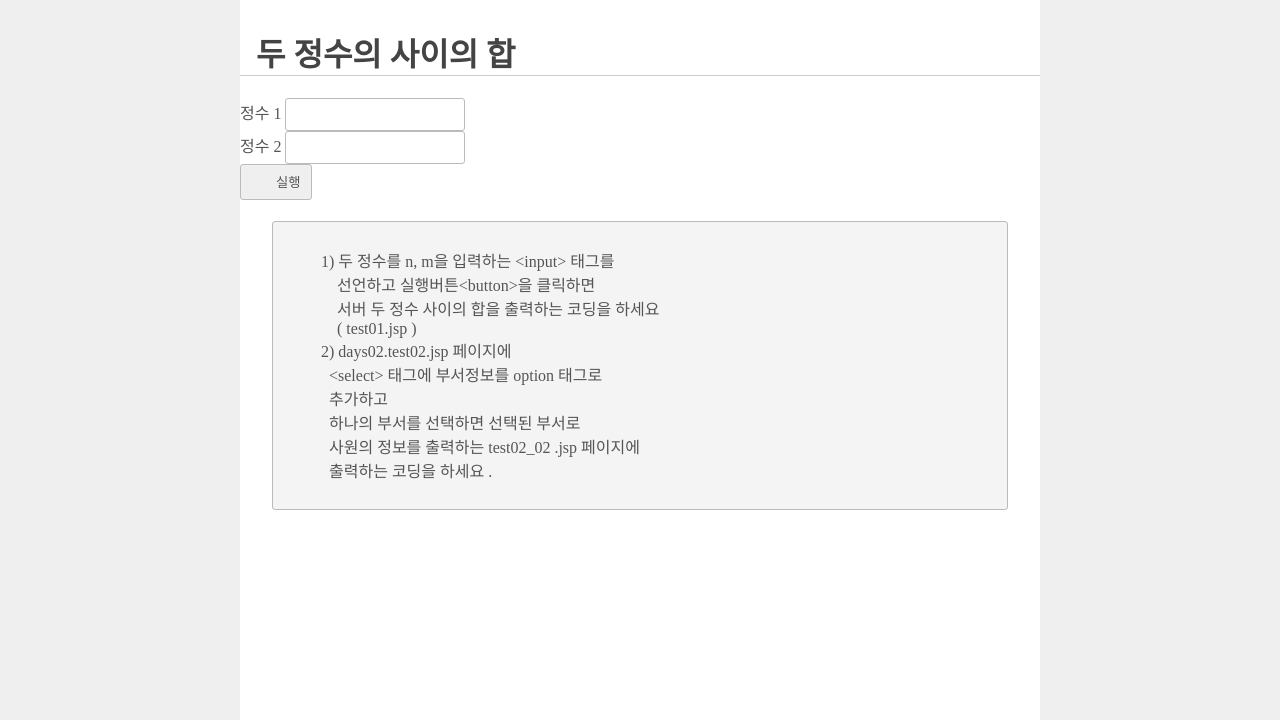
Repository: park-jiwoong/webClass
Page: http://localhost/jspPro/days02/test01.jsp
An editor plug-in stored every save of this project. The page is shown before and after the next save, followed by the edit.
The browser window is 1280 px wide. The pictures show the whole page.
Some web fonts or font styles are not loaded; a fallback is used. The page is served by Tomcat 9. Other server files are loaded and not shown.

Above is the page before, as saved 2025-05-22 00:45:11.

### webPro/src/main/webapp/JSPClass/jspPro/src/main/webapp/days02/test01.jsp
<%@ page contentType="text/html; charset=UTF-8" pageEncoding="UTF-8"%>
<!DOCTYPE html>
<html>
<head>
<meta charset="UTF-8">
<meta name="viewport" content="width=device-width, initial-scale=1.0">
<link rel="shortcut icon" type="image/x-icon" href="http://localhost/jspPro/images/SiSt.ico">
<title>두 정수의 사이의 합</title>
<script src="https://ajax.googleapis.com/ajax/libs/jquery/3.7.1/jquery.min.js"></script>
<link rel="stylesheet" href="http://localhost/jspPro/resources/cdn-main/example.css">
<script src="http://localhost/jspPro/resources/cdn-main/example.js"></script>
	<style>
 	span.material-symbols-outlined{
    vertical-align: text-bottom;
 	}
	</style>
</head>
<body>
	<h1>두 정수의 사이의 합</h1>
	<form action="test01_result.jsp" method="get">
	<label for="num1">정수 1</label>
	<input type="number" id="num1" name="num1" required="required"> <br>
	<label for="num2">정수 2</label>
	<input type="number" id="num2" name="num2" required="required"> <br>
	<button type="submit">실행</button>
	</form>
<div>
    <xmp class="code">
        1) 두 정수를 n, m을 입력하는 <input> 태그를
            선언하고 실행버튼<button>을 클릭하면
            서버 두 정수 사이의 합을 출력하는 코딩을 하세요
            ( test01.jsp )
     	2) days02.test02.jsp 페이지에
          <select> 태그에 부서정보를 option 태그로
          추가하고
          하나의 부서를 선택하면 선택된 부서로
          사원의 정보를 출력하는 test02_02 .jsp 페이지에
          출력하는 코딩을 하세요 .
    </xmp>
</div>
</body>
</html>

### webPro/src/main/webapp/JSPClass/jspPro/src/main/webapp/resources/cdn-main/example.css
@charset "UTF-8";

@import url('https://fonts.googleapis.com/css2?family=Material+Symbols+Outlined:opsz,wght,FILL,GRAD@20..48,100..700,0..1,-50..200');

@font-face {
    font-family: 'GmarketSansMedium';
    src: url('https://cdn.jsdelivr.net/gh/projectnoonnu/noonfonts_2001@1.1/GmarketSansMedium.woff') format('woff');
    font-weight: normal;
    font-style: normal;
}

:root {
	--text-color: #555;
	--sub-text-color: #777;
	--back-color: #EFEFEF;
	--header-color: #444;
	--primary-color: #DEDEDE;
	--secondary-color: #EFEFEF;
	--default-width: 800px;
	--narrow-width: 500px;
	--wide-width: 1200px;
	--text-font: 'GmarketSansMedium';
	--icon-font: 'Material Symbols Outlined';
	--border-color: #CCC;
}

html, body {
	margin: 0;
	padding: 0;
}

html {
	background-color: var(--back-color);
	display: flex;
	justify-content: center;
	min-height: 100vh;
}

body, body.default {
	width: var(--default-width);
	background-color: white;
	padding-bottom: 120px;
}

body.wide {
	width: var(--wide-width);
}

body.narrow {
	width: var(--narrow-width);
}



body, p, div, span, a, input, select, option, textarea, button, table, th, td, label, fieldset, legend {
	font-family: var(--text-font);
	color: var(--text-color);
}

h1, h2, h3 {
	font-family: var(--text-font);
	color: var(--header-color);
	padding: 0 1rem;
	padding-top: .5rem;
}

div > h1, div > h2, div > h3 {
	padding: 0;
}

body > div, body > main > div {
	padding: 0.3rem 1rem;
}


h1 { font-size: 2rem; border-bottom: 1px solid var(--border-color); }
h1 small { font-size: 1.2rem; color: var(--sub-text-color); }
h2 { font-size: 1.5rem; border-bottom: 1px dashed var(--border-color); }
h2 small { font-size: 1.1rem; color: --sub-text-color; }
h3 { font-size: 1.2rem; }
h3 small { font-size: 1rem; color: --sub-text-color; }



h1.main::before {
	font-family: var(--icon-font);
  	content: '\e666';
  	margin-right: 10px;
  	float: left;
	font-size: 2.5rem;
}

h1.sub::before {
	font-family: var(--icon-font);
  	content: '\ea19';
  	margin-right: 10px;
  	float: left;
	font-size: 2.5rem;
}


h1.page::before {
	font-family: var(--icon-font);
  	content: '\e0e0';
  	margin-right: 10px;
  	float: left;
	font-size: 2.5rem;
}

body > header > ul > li > .active{
	background-color: #FFF;
	color:#F00;
}

body > header {
	display: flex;
	justify-content: space-between;
	border-bottom: 5px solid var(--border-color);
	min-height: 74px;
	background-color: #FFF;
}

body > header.sticky {
	position: sticky;
	top: 0;
	z-index: 98;
}

body > header > h1 {
	font-size: 1.2rem;
	border: 0;
}

body > header.in > h1::before {
	font-family: var(--icon-font);
  	content: '\e332‥';
  	margin-right: 3px;
  	float: left;
	font-size: 2rem;
}


body > header > ul {
	list-style-type: none;
	display: flex;
	align-items: flex-end;
	margin-right: 10px;
}

body > header > ul > li {
	margin-right: 10px;
	cursor: pointer;
}

body > header > ul > li > a {
	cursor: pointer;
}


form {
	display: block;
}

form > div {
	padding: 0.3rem 1rem;
}

div > form > div {
	padding: 0.3rem 0;
}

input, textarea, button, select {
	border: 1px solid #BBB;
	border-radius: 3px;
	outline: none;
	resize: none;
	padding: 7px;
	margin: 0;
}

input[type=text]:read-only, textarea:read-only {
	cursor: not-allowed;
	background-color: #FFF;
}

input[type=text]:disabled, textarea:disabled {
	cursor: not-allowed;
	background-color: #EEE;
}

input[type=text], input[type=password], textarea, button, select {
	/* width: 300px; */
}

textarea {
	display: block;
	height: 100px;
}

input[type=button], input[type=submit], button {
	/* width: inherit; */
}

input.short, textarea.short, button.short, select.short {
	width: 100px;
}

input.long, textarea.long, button.long, select.long {
	width: 350px;
}

.narrow input.long, .narrow textarea.long, .narrow button.long, .narrow select.long {
	width: calc(100% - 20px);
}

input.full, textarea.full, button.full, select.full {
	width: calc(100% - 20px);
}

textarea.short {
	height: 50px;
}

textarea.long {
	height: 100px;
}

textarea.full {
	height: 200px;
}

input, textarea {
	padding-top: 8px;
}

input[type=button], input[type=submit], button {
	padding: 5px 10px;
	background-color: var(--secondary-color);
	cursor: pointer;
	min-height: 36px;
}

input[type=button].primary, input[type=submit].primary, button.primary {
	/* background-color: rgba(100, 149, 237, .2); */
	background-color: var(--primary-color);
}

input[type=button].primary:hover, input[type=submit].primary:hover, button.primary:hover {
	/* background-color: rgba(100, 149, 237, .3); */
	background-color: var(--secondary-color);
}

input[type=button]:hover, input[type=submit]:hover, button:hover {
	background-color: var(--primary-color);
}

button {
	position: relative;
	left: 0;
	top: 0;
	padding-left: 35px;
}

button .material-symbols-outlined {
	position: absolute;
	left: 10px;
	top: 4px;
}

/* k2nik add */
button.login::before {
	font-family: var(--icon-font);
  	content: '\ea77';
	position: absolute;
	left: 11px;
	top: 4px;
	font-size: 1.25rem;
}

/* k2nik logout */
button.logout::before {
	font-family: var(--icon-font);
  	content: '\e9ba';
	position: absolute;
	left: 11px;
	top: 4px;
	font-size: 1.25rem;
}

/* k2nik help */
button.help::before {
	font-family: var(--icon-font);
  	content: '\f1c0';
	position: absolute;
	left: 11px;
	top: 4px;
	font-size: 1.25rem;
}

button.add::before{
	font-family: var(--icon-font);
  	content: '\e746';
	position: absolute;
	left: 11px;
	top: 4px;
	font-size: 1.25rem;
}

button.back::before {
	font-family: var(--icon-font);
  	content: '\e166';
	position: absolute;
	left: 11px;
	top: 4px;
	font-size: 1.25rem;
}

button.list::before {
	font-family: var(--icon-font);
  	content: '\e0ee';
	position: absolute;
	left: 11px;
	top: 4px;
	font-size: 1.25rem;
}


button.del::before {
	font-family: var(--icon-font);
  	content: '\e872';
	position: absolute;
	left: 11px;
	top: 4px;
	font-size: 1.25rem;
}

button.alldel::before {
	font-family: var(--icon-font);
  	content: '\e92b';
	position: absolute;
	left: 11px;
	top: 4px;
	font-size: 1.25rem;
}


button.edit::before {
	font-family: var(--icon-font);
  	content: '\e745';
	position: absolute;
	left: 11px;
	top: 4px;
	font-size: 1.25rem;
}


button.login::before {
	font-family: var(--icon-font);
  	content: '\ea77';
	position: absolute;
	left: 11px;
	top: 4px;
	font-size: 1.25rem;
}


button.logout::before {
	font-family: var(--icon-font);
  	content: '\e9ba';
	position: absolute;
	left: 11px;
	top: 4px;
	font-size: 1.25rem;
}


button.in::before {
	font-family: var(--icon-font);
  	content: '\f71a';
	position: absolute;
	left: 11px;
	top: 4px;
	font-size: 1.25rem;
}


button.out::before {
	font-family: var(--icon-font);
  	content: '\f70e';
	position: absolute;
	left: 11px;
	top: 4px;
	font-size: 1.25rem;
}


button.reply::before {
	font-family: var(--icon-font);
  	content: '\e15e';
	position: absolute;
	left: 11px;
	top: 4px;
	font-size: 1.25rem;
}


button.comment::before {
	font-family: var(--icon-font);
  	content: '\e0b9';
	position: absolute;
	left: 11px;
	top: 4px;
	font-size: 1.25rem;
}


button.modal::before {
	font-family: var(--icon-font);
  	content: '\e89e';
	position: absolute;
	left: 11px;
	top: 4px;
	font-size: 1.25rem;
}


button.ok::before {
	font-family: var(--icon-font);
  	content: '\e86c';
	position: absolute;
	left: 11px;
	top: 4px;
	font-size: 1.25rem;
}


button.cancel::before {
	font-family: var(--icon-font);
  	content: '\e5c9';
	position: absolute;
	left: 11px;
	top: 4px;
	font-size: 1.25rem;
}

button.search::before {
	font-family: var(--icon-font);
  	content: '\e8b6';
	position: absolute;
	left: 11px;
	top: 4px;
	font-size: 1.25rem;
}

button.home::before {
	font-family: var(--icon-font);
  	content: '\e88a';
	position: absolute;
	left: 11px;
	top: 4px;
	font-size: 1.25rem;
}


button.sidebar::before {
	font-family: var(--icon-font);
  	content: '\f7e4';
	position: absolute;
	left: 11px;
	top: 4px;
	font-size: 1.25rem;
}


button.sidebar-right::before {
	font-family: var(--icon-font);
  	content: '\f7e5';
	position: absolute;
	left: 11px;
	top: 4px;
	font-size: 1.25rem;
}




button::before {
	font-family: var(--icon-font);
  	content: '\e323';
	position: absolute;
	left: 11px;
	top: 4px;
	font-size: 1.25rem;
}


table {
	border-collapse: collapse;
	margin: 1rem;
	box-sizing: border-box;
	width: calc(100% - 32px);
}

table.content {
	width: auto;
}

div > table {
	margin: 0;
}

table th, table td {
	border: 1px solid var(--border-color);
	padding: 7px;
	font-weight: normal;
}

table th {
	background-color: var(--back-color);
}

table.vertical th {
	width: 150px;
}

table.vertical td {
	width: calc(100% - 182px);
	padding-left: 10px;
}

table.content td, table.content th {
	width: auto;
}

body.narrow table.vertical th {
	width: 100px;
}

body.narrow table.vertical td {
	width: calc(100% - 182px);
}


table + table {
	margin-top: 30px;
}


p {
	padding: 0 1rem;
}

a {
	text-decoration: none;
}

a:hover {
	color: rgba(255, 99, 71, .7);
}

hr {
	border: 0;
	border-top: 1px solid var(--border-color);
	margin: 2rem 0;
}

.message {
	border: 1px solid var(--border-color);
	background-color: #EFEFEF;
	margin: 1rem;
	width: auto;
	padding-top: 10px;
	padding-bottom: 10px;
	font-size: 14px;
}

.message[title]::before {
	content: attr(title);
	display: block;
	border-bottom: 1px solid var(--border-color);
	padding-bottom: 5px;
	margin-bottom: 10px;
	margin-top: 7px;
}

.message.short {
	max-width: 250px;
}

.message.long {
	max-width: 500px;
}

.badge {
	float: right;
	font-size: .8rem;
	margin-top: 2px;
	margin-right: 2px;
	text-shadow: 0 0 7px gray;
}

.badge.left {
	float: none;
	margin-left: 2px;
}

.badge.right {
	float: right;
}

.badge.red {
	border-radius: 50%;
	padding: 2px 5px;
	background-color: rgb(255, 99, 71, .3);
}

.badge.yellow {

	border-radius: 50%;
	padding: 2px 5px;
	background-color: rgb(255, 215, 0, .5);
}

.badge.blue {
	border-radius: 50%;
	padding: 2px 5px;
	background-color: rgb(100, 149, 237, .3);
}

label + label {
	margin-left: 7px;
}

label input[type=checkbox], label input[type=radio] {
	transform: translate(0, 1px);
}

.group {
	display: flex;
}

.modal-content .group {
	margin-bottom: .5rem;
}

.group label {
	border: 1px solid #BBB;
	border-radius: 3px;
	outline: none;
	resize: none;
	padding: 7px 14px;
	margin: 0;
	border-top-right-radius: 0;
	border-bottom-right-radius: 0;
	background-color: #EFEFEF;
	white-space: nowrap;
	font-size: 14px;
}

.group input[type=text] {
	margin-left: -1px;
	border-top-left-radius: 0;
	border-bottom-left-radius: 0;
}

.group select {
	margin-left: -1px;
	border-top-left-radius: 0;
	border-bottom-left-radius: 0;
}

.group input.full[type=text] {
	margin-left: -1px;
	border-top-left-radius: 0;
	border-bottom-left-radius: 0;
	width: 100%;
}

.group input[type=button]:first-child, .group button:first-child {
	border-top-left-radius: 3px;
	border-bottom-left-radius: 3px;
	margin-left: 0px;
}

.group input[type=button], .group button {
	border-radius: 0;
	margin-left: -1px;
}

.group input[type=button]:last-child, .group button:last-child {
	margin-left: -1px;
	border-top-right-radius: 3px;
	border-bottom-right-radius: 3px;
}

.seperate {
	display: flex;
	justify-content: space-between;
}

div.list {
	width: max-content;
	margin: 1rem;
	border: 1px solid #BBB;
	border-radius: 3px;
	padding: 0;
}

div.list.full {
	width: auto;
	display: block;
	margin: 1rem;
	border: 1px solid #BBB;
	border-radius: 3px;
	padding: 0;
}

div.list > div {
	padding: .5rem 1rem;
	margin: 0;
	border-bottom: 1px solid #BBB;
}

div.list > div:last-child {
	border-bottom: 0;
}

pre.code , xmp.code{
	font-family: consols;
	background-color: rgba(150, 150, 150, .1);
	border: 1px solid #BBB;
	border-radius: 3px;
	padding: .5rem 1rem;
	padding-bottom: .6rem;
	margin: 1rem;
}




*[data-modal-window] {
	position: fixed;
	background-color: rgba(0, 0, 0, .3);
	left: 0;
	top: 0;
	display: none;
	justify-content: center;
	align-items: flex-start;
	width: 100%;
	min-height: 100vh;
	z-index: 100;
	opacity: 0;
	transition: 500ms all;
}

*[data-modal-window] .modal-container {
	border-radius: 5px;
	padding: 1rem;
	padding-bottom: .5rem;
	margin-top: -500px;
	opacity: 0;
	width: 500px;
	background-color: #FFF;
	margin-right: 2rem;
	transition: 500ms all;
}

*[data-modal-size=content] .modal-container {
	width: auto;
}

*[data-modal-size=narrow] .modal-container {
	width: 300px;
}

*[data-modal-size=wide] .modal-container {
	width: 760px;
}


*[data-modal-window] .modal-header {
	border-bottom: 1px solid var(--border-color);
	padding: 2px 5px;
}

*[data-modal-window] .modal-content {
	padding: 1rem 5px;
}

*[data-modal-window] .modal-content div:last-child {
	margin-top: 1rem;
	text-align: right;
}



*[data-sidebar-window] {
	position: fixed;
	background-color: #FFF;
	left: 0;
	top: 0;
	display: block;
	width: 300px;
	border-right: 1px solid var(--border-color);
	box-sizing: border-box;
	box-shadow: 0 0 3px var(--back-color);
	min-height: 100vh;
	z-index: 99;
	transform: translate(-300px, 0);
	transition-duration: 500ms;
	transition-property: transform;
}

*[data-sidebar-direction=right] {
	left: auto;
	right: 0;
	transform: translate(300px, 0);
	border-left: 1px solid var(--border-color);
}

*[data-sidebar-size=wide] {
	width: 500px;
	transform: translate(-500px, 0);
}

*[data-sidebar-window] .sidebar-title {
	border-bottom: 1px solid var(--border-color);
	margin-top: 20px;
	margin-bottom: 20px;
	padding-bottom: 5px;
	display: flex;
	justify-content: space-between;
}

*[data-sidebar-window] .sidebar-title span:last-child {
	cursor: pointer;
}


/* K2Nik pagination */
.center {
  text-align: center;
}

.pagination {
  display: inline-block;
}

.pagination a {
  color: black;
  float: left;
  padding: 3px 6px;
  text-decoration: none;
  transition: background-color .3s;
  border: 1px solid #ddd;
  margin: 0 3px;
}

.pagination a.active {
  background-color: #4CAF50;
  color: white;
  border: 1px solid #4CAF50;
}

.pagination a:hover:not(.active) {background-color: #ddd;}

### webPro/src/main/webapp/JSPClass/jspPro/src/main/webapp/resources/cdn-main/example.js

window.onload = () => {

    const list = document.querySelectorAll('input, textarea');

    list.forEach(item => {
        item.setAttribute('autocomplete', 'off');
    });


    const modal_btn_list = document.querySelectorAll('*[data-modal-button]');

    modal_btn_list.forEach(item => {
        item.onclick = function() {

            const name = this.dataset['modalButton'];
            const modal_window = document.querySelector('*[data-modal-window=' + name);

            const container = document.createElement('div');
            container.className = 'modal-container';



            const modal_header = document.createElement('div');
            modal_header.textContent = modal_window.dataset['modalTitle'];
            modal_header.className = 'modal-header';
            container.appendChild(modal_header);

            const modal_content = document.createElement('div');
            modal_content.className = 'modal-content';
            container.appendChild(modal_content);

            Array.from(modal_window.childNodes).forEach(item => {
                modal_content.appendChild(item);
            });

            modal_window.appendChild(container);

            modal_window.style.display = 'flex';

            setTimeout(() => {
                modal_window.style.opacity = 1;
                container.style.marginTop = '20px';
                container.style.opacity = 1;
            }, 50);


            const modal_ok = document.querySelector('*[data-modal-ok=' + name);
            modal_ok.addEventListener('click', function() {
                modal_window.style.opacity = 0;
                container.style.marginTop = '-500px';
                container.style.opacity = 0;

                setTimeout(() => {
                    modal_window.innerHTML = modal_content.innerHTML;
                    modal_window.style.display = 'none';
                }, 500);

            });

            const modal_cancel = document.querySelector('*[data-modal-cancel=' + name);
            modal_cancel.addEventListener('click', function() {

                modal_window.style.opacity = 0;
                container.style.marginTop = '-500px';
                container.style.opacity = 0;

                setTimeout(() => {
                    modal_window.innerHTML = modal_content.innerHTML;
                    modal_window.style.display = 'none';
                }, 500);
            });


        };
    });


    const sidebar_btn_list = document.querySelectorAll('*[data-sidebar-button]');

    sidebar_btn_list.forEach(item => {
        item.onclick = function() {



            const name = this.dataset['sidebarButton'];
            const sidebar_window = document.querySelector('*[data-sidebar-window=' + name);

            if (sidebar_window.style.transform == 'translate(0px, 0px)') return;



            sidebar_window.style.transform = 'translate(0, 0)';

            const sidebar_title = document.createElement('div');
            sidebar_title.className = 'sidebar-title';
            sidebar_title.innerHTML = '<span>' + sidebar_window.dataset['sidebarTitle'] + '</span><span class="material-symbols-outlined">close</span>';

            sidebar_title.children[1].onclick = function() {

                let sign = 1;
                let distance = 300;

                if (sidebar_window.dataset['sidebarDirection'] != 'right') {
                    sign = -1;
                } else {
                    sign = 1;
                }

                if (sidebar_window.dataset['sidebarSize'] != 'wide') {
                    distance = 300;
                } else {
                    distance = 500;
                }

                distance *= sign;

                sidebar_window.style.transform = 'translate(' + distance + 'px, 0)';

                setTimeout(function() {
                    sidebar_window.removeChild(sidebar_window.children[0]);
                }, 500);
            };


            sidebar_window.prepend(sidebar_title);

        }
    });

};

// window.onkeydown = function(event) {

//     if (event.keyCode == 27) {
//         if (document.querySelector('[data-modal-window').style.display == 'flex') {
//             document.querySelector('[data-modal-window').style.display = 'none';
//         }
//     }

// };

After the next save:
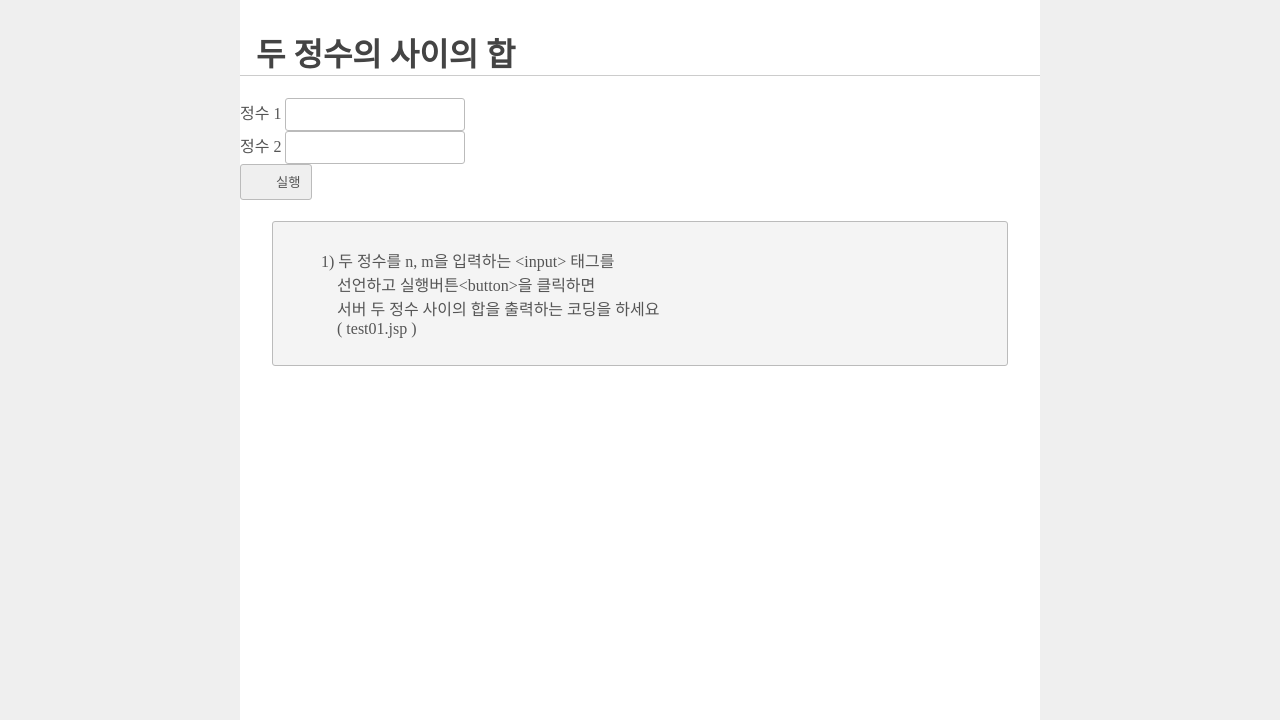
Saved 27 s later.
--- a/webPro/src/main/webapp/JSPClass/jspPro/src/main/webapp/days02/test01.jsp
+++ b/webPro/src/main/webapp/JSPClass/jspPro/src/main/webapp/days02/test01.jsp
@@ -30,12 +30,6 @@
             선언하고 실행버튼<button>을 클릭하면
             서버 두 정수 사이의 합을 출력하는 코딩을 하세요
             ( test01.jsp )
-     	2) days02.test02.jsp 페이지에
-          <select> 태그에 부서정보를 option 태그로
-          추가하고
-          하나의 부서를 선택하면 선택된 부서로
-          사원의 정보를 출력하는 test02_02 .jsp 페이지에
-          출력하는 코딩을 하세요 .
     </xmp>
 </div>
 </body>
